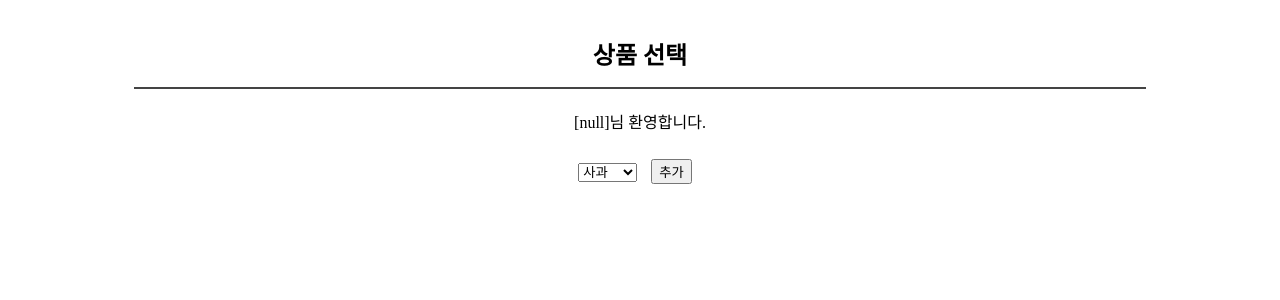
Repository: Leesuhwan1445/jspworks
Page: http://localhost/jweb01/cart/selProduct.jsp
An editor plug-in stored every save of this project. The page is shown before and after the next save, followed by the edit.
The browser window is 1280 px wide. The pictures show the whole page.
The page is served by Tomcat 10. Other server files are loaded and not shown.

Above is the page before, as saved 2025-10-13 04:04:18.

### jweb01/src/main/webapp/cart/selProduct.jsp
<%@ page language="java" contentType="text/html; charset=UTF-8"
    pageEncoding="UTF-8"%>
<!DOCTYPE html>
<html>
<head>
<meta charset="UTF-8">
<title>Insert title here</title>
<link rel="stylesheet" href="../resources/css/style.css">
</head>
<%
	//입력된 이름 받아오기
	String name = request.getParameter("username");

	//세션발급
	session.setAttribute("sessionName", name);
%>
<body>
	<section id = "container">
	<h2>상품 선택</h2>
	<p>[<%=session.getAttribute("sessionName") %>]님 환영합니다.</p>
	<form action = "addProduct.jsp" method = "post">

		<select name="product">
		<option value = "사과">사과</option>
		<option value = "바나나">바나나</option>
		<option value = "포도">포도</option>
		</select>
		<button type = "submit">추가</button>
	</form>
	</section>
</body>
</html>

### jweb01/src/main/webapp/resources/css/style.css
@charset "UTF-8";

#container{width: 80%; margin: 0 auto; text-align: center;}
h2{border-bottom: 2px solid #444; padding: 16px;}
button{margin: 10px}

After the next save:
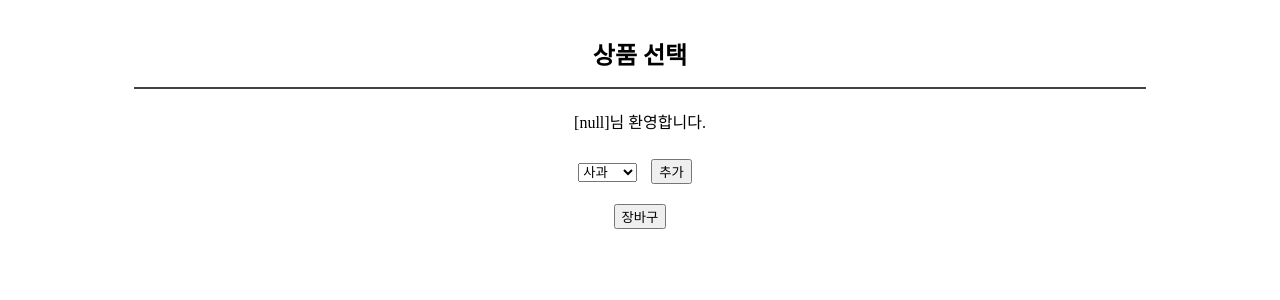
Saved 2 min 34 s later.
--- a/jweb01/src/main/webapp/cart/selProduct.jsp
+++ b/jweb01/src/main/webapp/cart/selProduct.jsp
@@ -27,6 +27,7 @@
 		</select>
 		<button type = "submit">추가</button>
 	</form>
+	<button>장바구</button>
 	</section>
 </body>
 </html>
